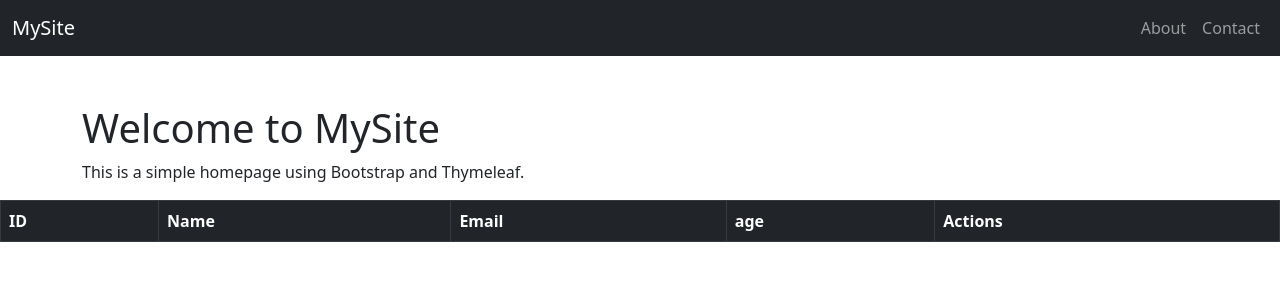
Repository: Sinchana-ab/GECH_SinchanaAB_2025
Page: http://localhost/home
The author's editor kept a copy of each file at every save. The page is drawn from the files as they stood at one save, then again after the next save.
The browser window is 1280 px wide. The pictures show the whole page.
The page is this project's Thymeleaf template; nobody is signed in. The template is opened directly, without the code that normally fills it, so the values that code supplies are empty.

Above is the page before, as saved 2025-09-10 06:53:24.

### Spring-boot/SpringBootMVC/src/main/resources/templates/home.html
<!DOCTYPE html>
<html lang="en" xmlns:th="http://www.thymeleaf.org">
<head>
    <meta charset="UTF-8">
    <title>Home Page</title>
    <link rel="stylesheet" href="https://cdn.jsdelivr.net/npm/bootstrap@5.3.0/dist/css/bootstrap.min.css">
</head>
<body>

<!-- 🔹 Bootstrap Navbar -->
<nav class="navbar navbar-expand-lg navbar-dark bg-dark">
    <div class="container-fluid">
        <a class="navbar-brand" th:href="@{/}">MySite</a>
        <button class="navbar-toggler" type="button" data-bs-toggle="collapse" data-bs-target="#navbarNav">
            <span class="navbar-toggler-icon"></span>
        </button>
        <div class="collapse navbar-collapse" id="navbarNav">
            <ul class="navbar-nav ms-auto">
                <li class="nav-item">
                    <a class="nav-link" th:href="@{/about}">About</a>
                </li>
                <li class="nav-item">
                    <a class="nav-link" th:href="@{/contact}">Contact</a>
                </li>
            </ul>
        </div>
    </div>
</nav>

<!-- 🔸 Page Content -->
<div class="container mt-5">
    <h1>Welcome to MySite</h1>
    <p>This is a simple homepage using Bootstrap and Thymeleaf.</p>
</div>
<table class="table table-bordered">
       <thead class="table-dark">
           <tr>
               <th>ID</th>
               <th>Name</th>
               <th>Email</th>
               <th>age</th>
               <th>Actions</th>
           </tr>
       </thead>
       <tbody>
           <tr th:each="user : ${users}">
               <td th:text="${user.id}"></td>
               <td th:text="${user.name}"></td>
               <td th:text="${user.email}"></td>
               <td th:text="${user.age}"></td>
               <!--<td>
                   <a th:href="@{/students/edit/{id}(id=${s.id})}" class="btn btn-sm btn-warning">Edit</a>
                   <a th:href="@{/students/delete/{id}(id=${student.id})}" class="btn btn-sm btn-danger"
                      onclick="return confirm('Are you sure you want to delete this student?');">Delete</a>
               </td>-->
           </tr>
       </tbody>
   </table>
<script src="https://cdn.jsdelivr.net/npm/bootstrap@5.3.0/dist/js/bootstrap.bundle.min.js"></script>
</body>
</html>

After the next save:
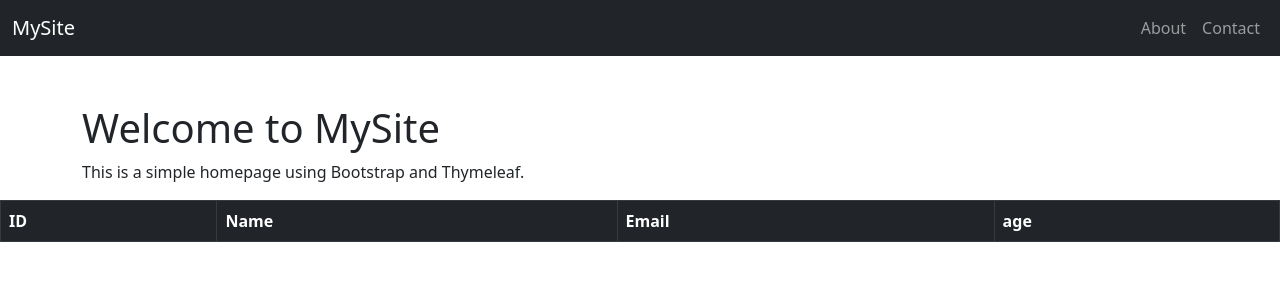
Saved 9 s later.
--- a/Spring-boot/SpringBootMVC/src/main/resources/templates/home.html
+++ b/Spring-boot/SpringBootMVC/src/main/resources/templates/home.html
@@ -39,7 +39,7 @@
                <th>Name</th>
                <th>Email</th>
                <th>age</th>
-               <th>Actions</th>
+               <!--<th>Actions</th> -->
            </tr>
        </thead>
        <tbody>
